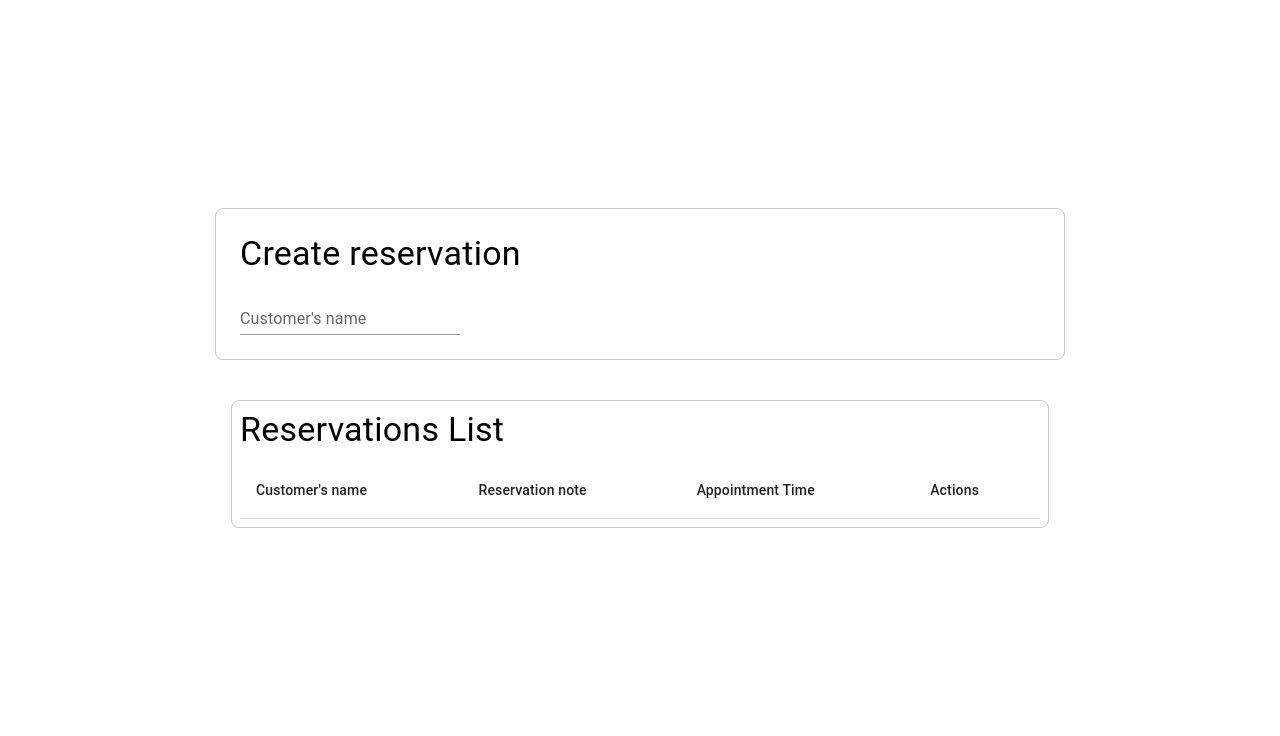
Repository: dovix58/PSP
Page: /beauty (app in frontEnd/)
The author's editor kept a copy of each file at every save. The page is drawn from the files as they stood at one save, then again after the next save.
The browser window is 1280 px wide. The pictures show the whole page.
The page's requests for data from a server got no answer. The project was rebuilt for these pictures with package versions that can differ from the ones it lists, and the page was loaded fresh each time. No one was signed in, and anything a server would have sent is missing. Also part of the build but not shown: frontEnd/vite.config.ts, frontEnd/src/LandingPage.tsx, frontEnd/src/api/productAPI.ts, frontEnd/src/CreateOrder.tsx, frontEnd/src/api/OrderApi.ts, frontEnd/src/PaymentModal.tsx, frontEnd/src/OrderList.tsx, frontEnd/src/Styles.ts and 3 more.

Above is the page before, as saved 2024-12-19 13:33:39.

### frontEnd/src/main.tsx
import React from 'react';
import ReactDOM from 'react-dom/client';
import {createBrowserRouter, RouterProvider} from "react-router-dom";
import LandingPage from "./LandingPage";
import CateringPage from "./CatringPage";
import BeautyPage from "./BeautyPage";

const router = createBrowserRouter([
    {
        path: '/',
        element: <LandingPage />
    },
    {
        path: '/catering',
        element: <CateringPage />
    },
    {
        path: "/beauty",
        element: <BeautyPage/>
    }
]);
ReactDOM.createRoot(
    document.getElementById('root') as HTMLElement
).render(
    <React.StrictMode>
        <RouterProvider router={router} />
    </React.StrictMode>
);

### frontEnd/src/BeautyPage.tsx
import React from "react";
import { Box } from "@mui/material";
import ReservationList from "./ReservationList";
import CreateReservation from "./CreateReservation";

export default function BeautyPage() {
  return (
    <Box
      component="div"
      sx={{
        display: "flex",
        flexDirection: "column",
        alignItems: "center",
        justifyContent: "center",
        height: "100vh",
        gap: 3,
      }}
    >
      <CreateReservation />
      <ReservationList />
    </Box>
  );
}

### frontEnd/src/ReservationList.tsx
import React, { useEffect, useState } from "react";
import { format } from "date-fns";
import {
  Box,
  Typography,
  CircularProgress,
  Table,
  TableContainer,
  TableHead,
  TableRow,
  TableCell,
  TableBody,
  Button,
} from "@mui/material";

interface Reservation {
  id: string; // UUID
  businessId: string; // UUID
  userId: string; // UUID
  customer: string;
  note: string;
  createdAt: string; // ISO 8601 DateTime format
  updatedAt: string; // ISO 8601 DateTime format
  appointmentTime: string; // ISO 8601 DateTime format
}

type ReservationsResponse = Reservation[];

export default function ReservationList() {
  const [reservations, setReservations] = useState<null | ReservationsResponse>(
    null
  );
  const [isLoading, setIsLoading] = useState(false);

  //Handler for a delete button
  const onDeleteHandler = async (id: string) => {
    try {
      const success = await deleteReservations(id);
      if (success) {
        await getReservations(); // Fetch updated reservations only on success
      }
    } catch (error) {
      console.error("Error during deletion:", error);
    }
  };

  const deleteReservations = async (id: string): Promise<boolean> => {
    try {
      const response = await fetch(`api/v1/reservations/${id}`, {
        method: "DELETE",
      });
      if (response.status === 204) {
        console.log("Reservation deleted successfully.");
        return true;
      } else {
        console.error("Failed to delete the reservation.");
        return false;
      }
    } catch (error) {
      console.error("Error during deletion:", error);
      return false;
    }
  };

  const getReservations = async () => {
    setIsLoading(true);
    try {
      const res = await fetch("api/v1/reservations");
      const resData = await res.json();
      console.log(resData);
      setReservations(resData);
      setIsLoading(false);
    } catch (e) {
      setIsLoading(false);
      console.error("Error fetching reservations:", e);
    }
  };

  useEffect(() => {
    getReservations();
  }, []);
  return (
    <Box
      sx={{
        border: "1px solid #ccc",
        borderRadius: "8px",
        padding: "8px",
        margin: "8px 0",
        maxHeight: 400,
        width: 800,
        overflowY: "auto",
      }}
    >
      <Typography variant="h4" gutterBottom>
        Reservations List
      </Typography>{" "}
      {isLoading ? (
        <CircularProgress />
      ) : reservations != null && reservations.length === 0 ? (
        <Typography variant="h6">No reservations are made...</Typography>
      ) : (
        <TableContainer>
          <Table>
            <TableHead>
              <TableRow>
                <TableCell align="left">Customer's name</TableCell>
                <TableCell align="left">Reservation note</TableCell>
                <TableCell align="left">Appointment Time</TableCell>
                <TableCell align="left">Actions</TableCell>
              </TableRow>
            </TableHead>
            <TableBody>
              {reservations?.map((r, index) => (
                <TableRow key={r.id}>
                  <TableCell align="left">{r.customer}</TableCell>
                  <TableCell align="left">{r.note}</TableCell>
                  <TableCell align="left">
                    {format(new Date(r.appointmentTime), "MMMM d, yyyy hh:mm ")}
                  </TableCell>
                  <TableCell align="left">
                    <Button
                      variant="outlined"
                      color="error"
                      onClick={() => onDeleteHandler(r.id)}
                    >
                      Delete
                    </Button>
                  </TableCell>
                </TableRow>
              ))}
            </TableBody>
          </Table>
        </TableContainer>
      )}
    </Box>
  );
}

### frontEnd/src/CreateReservation.tsx
import React from "react";
import { Box, Typography, TextField } from "@mui/material";

export default function CreateReservation() {
  return (
    <Box
      sx={{
        border: "1px solid #ccc",
        borderRadius: "8px",
        padding: "8px",
        margin: "8px 0",
        maxHeight: 400,
        width: 800,
        overflowY: "auto",
        p: 3,
      }}
    >
      <Typography variant="h4" gutterBottom>
        Create reservation
      </Typography>
      <form>
        <TextField
          id="standard-basic"
          label="Customer's name"
          variant="standard"
        />
      </form>
    </Box>
  );
}

Loaded but not shown: frontEnd/index.html (common file)

After the next save:
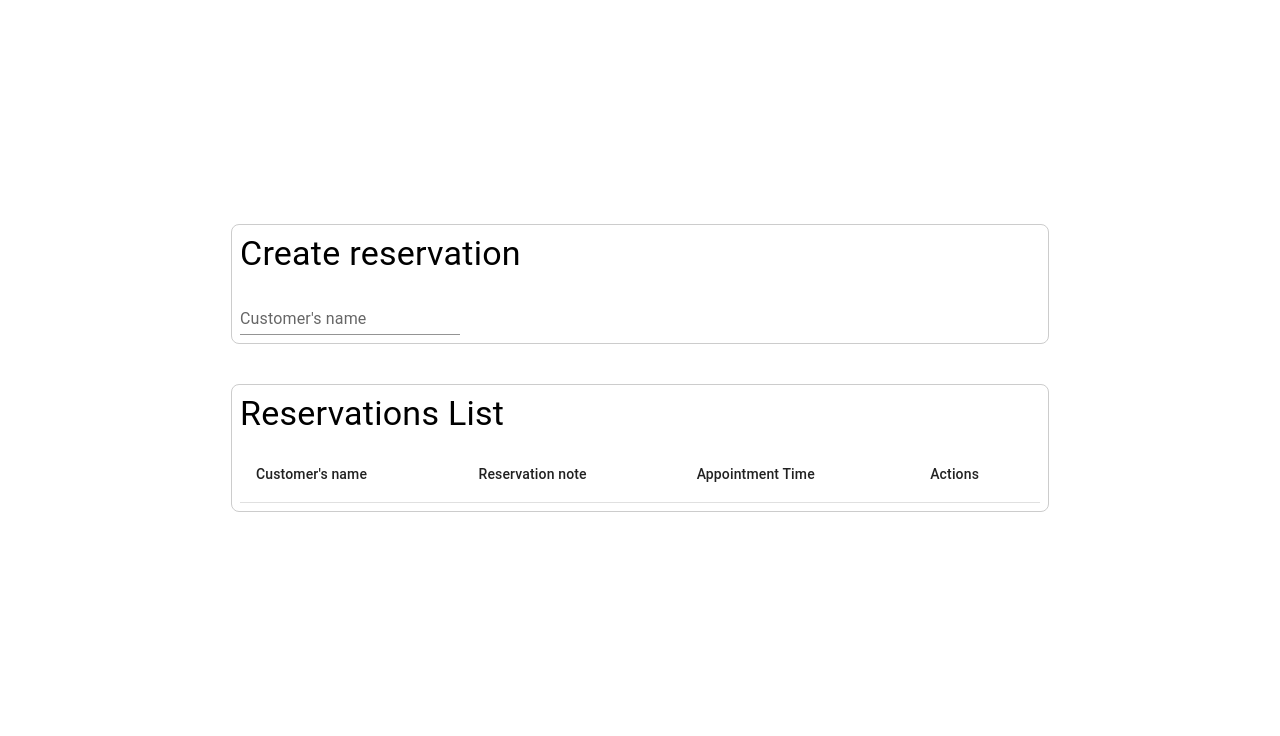
Saved 6 s later.
--- a/frontEnd/src/CreateReservation.tsx
+++ b/frontEnd/src/CreateReservation.tsx
@@ -12,7 +12,6 @@ export default function CreateReservation() {
         maxHeight: 400,
         width: 800,
         overflowY: "auto",
-        p: 3,
       }}
     >
       <Typography variant="h4" gutterBottom>
